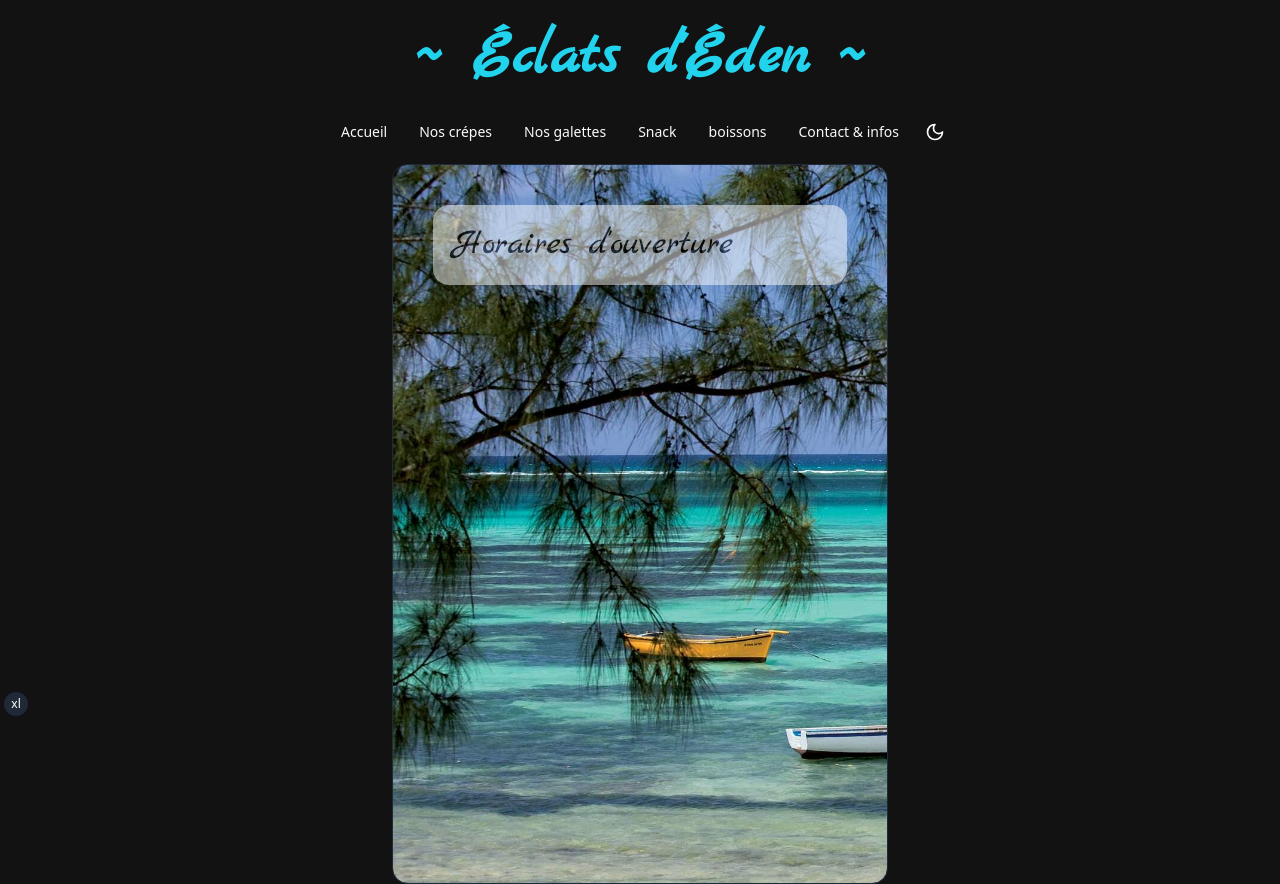
Repository: jeffMauritius/eclats-deden
Page: /schedule
An editor plug-in stored every save of this project. The page is shown before and after the next save, followed by the edit.
The browser window is 1280 px wide. The pictures show the whole page.
The project was rebuilt for these pictures with package versions that can differ from the ones it lists, and the page was loaded fresh each time. The framework's server and built-in components were replaced by stand-ins that run in the browser. Also part of the build but not shown: next.config.mjs.

Above is the page before, as saved 2024-08-13 07:17:31.

After the next save:
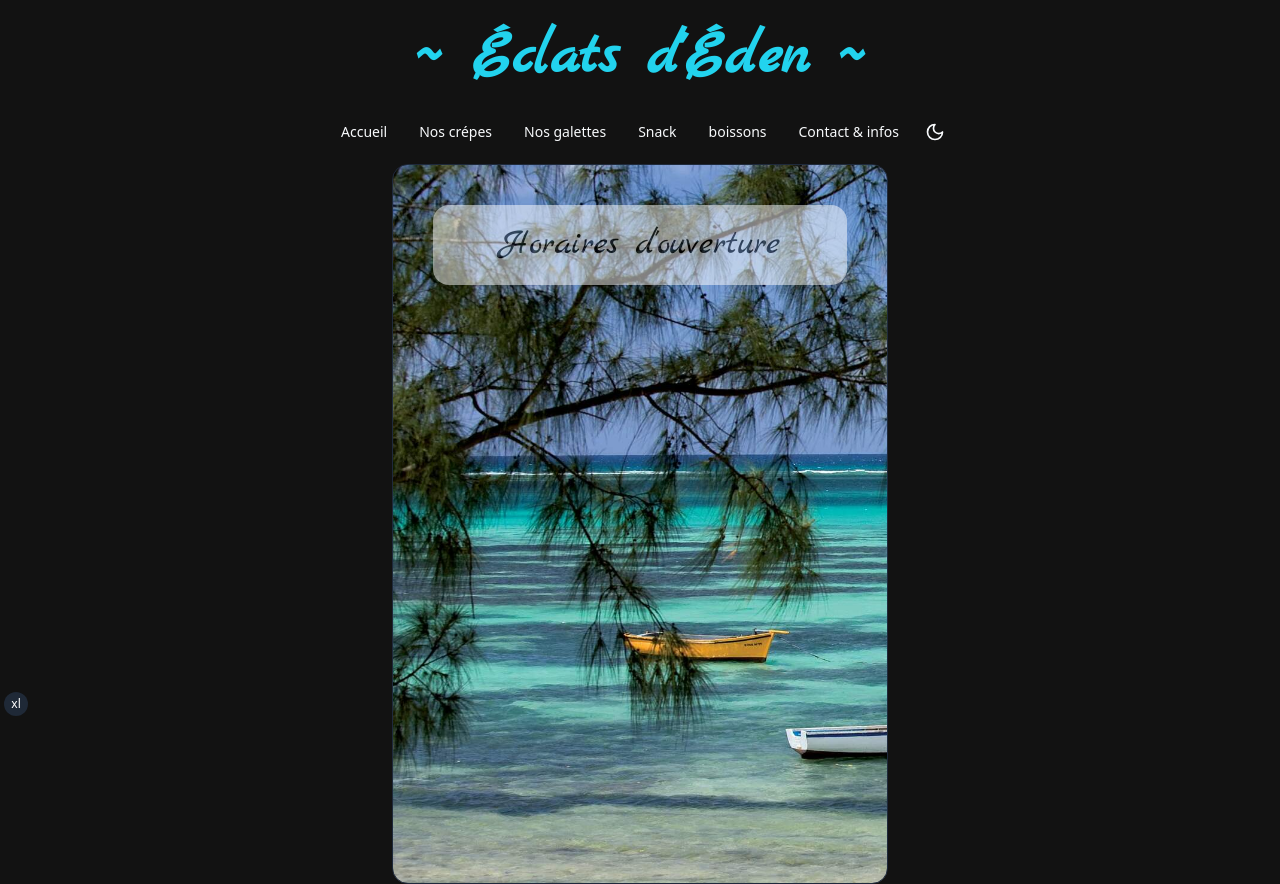
Saved 18 s later.
--- a/app/schedule/page.tsx
+++ b/app/schedule/page.tsx
@@ -5,7 +5,7 @@ const SchedulePage = () => {
         <div className="absolute m-auto h-screen w-2/5 rounded-2xl border bg-[url('/maurice.jpeg')] bg-cover ">
           <div className="relative imageUrl={`bg-[url('/riz.jpeg')] bg-cover`}">
             <div className="m-10 h-full rounded-2xl  bg-white opacity-50 ">
-              <h1 className="p-5 font-display text-4xl text-black">
+              <h1 className="p-5 text-center font-display text-4xl text-black">
                 Horaires d'ouverture
               </h1>
             </div>
